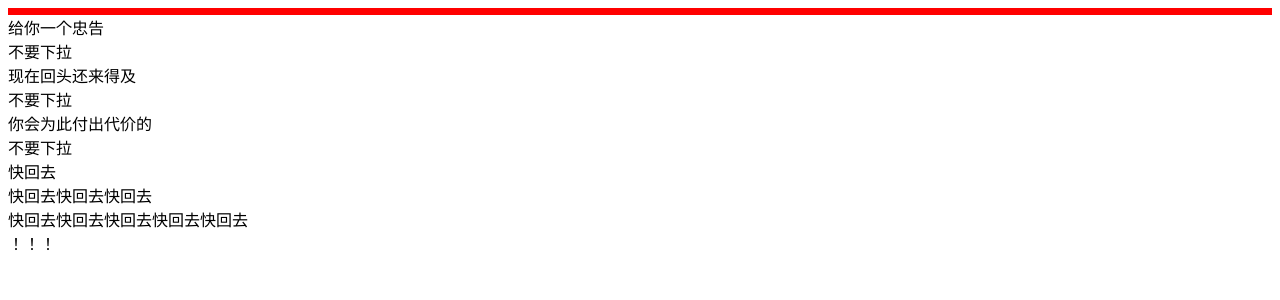
Repository: PUYIXIU/CSSMagic
Page: Animation/ScrollDrivenAnimation/index.html
An editor plug-in stored every save of this project. The page is shown before and after the next save, followed by the edit.
The browser window is 1280 px wide. The pictures show the whole page.

Above is the page before, as saved 2024-09-03 10:19:51.

After the next save:
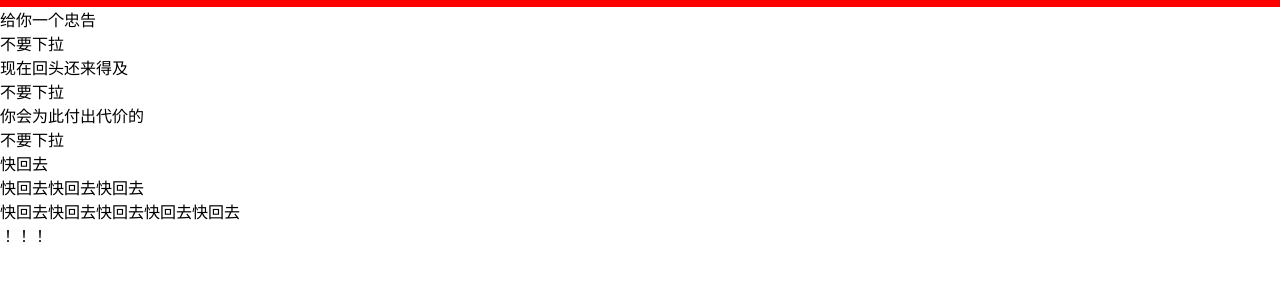
Saved 11 s later.
--- a/Animation/ScrollDrivenAnimation/index.html
+++ b/Animation/ScrollDrivenAnimation/index.html
@@ -4,6 +4,7 @@
     <meta charset="UTF-8">
     <meta name="viewport" content="width=device-width, initial-scale=1.0">
     <title>Document</title>
+    <link rel="stylesheet" href="../../assets/styles/reset.css">
     <style>
         .progress-bar{
             height:1vmin;
